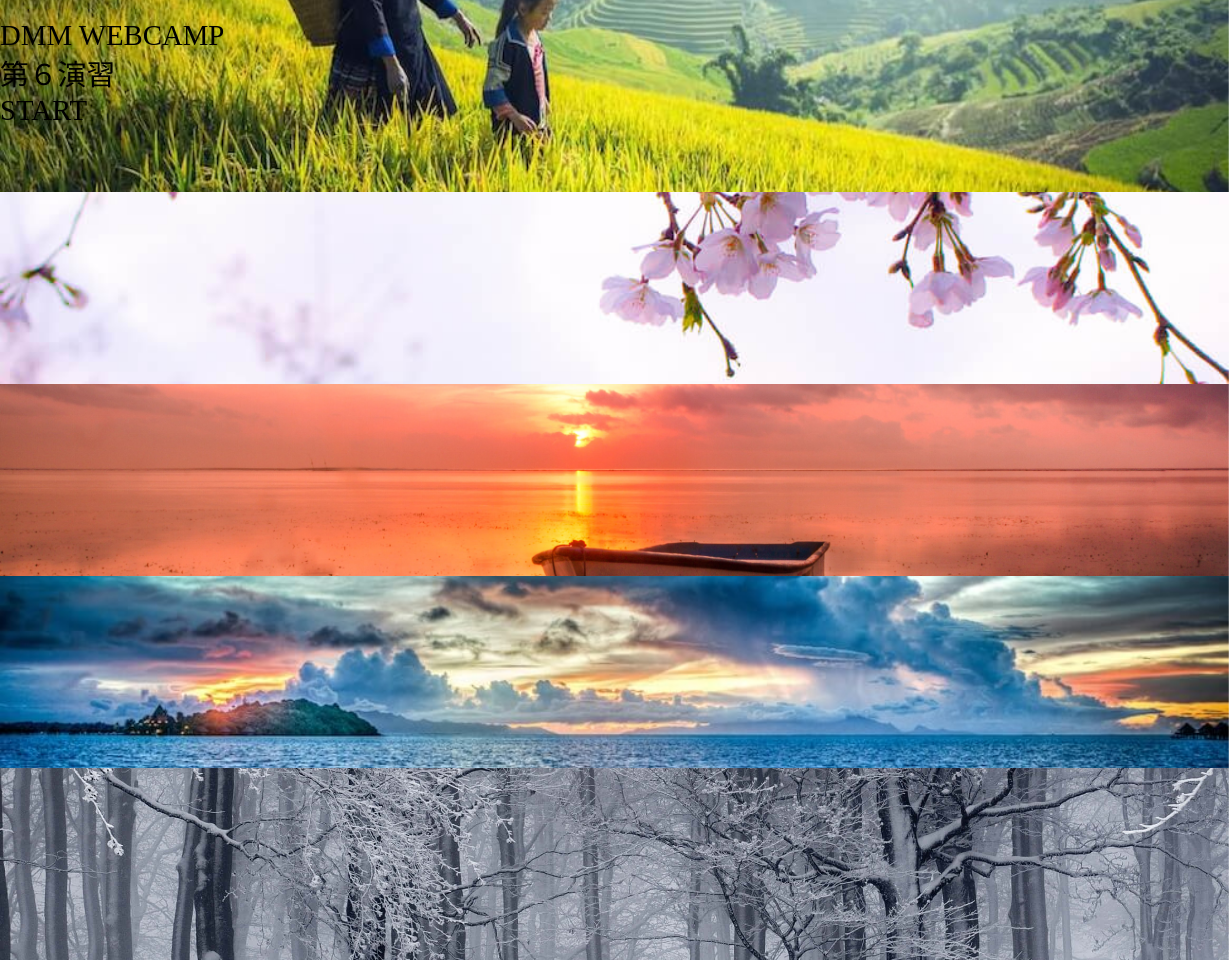
Repository: daisuketoyota/dmmwebxamp-toyota
Page: infratop/index.html
The author's editor kept a record of every edit. The page is drawn from the files as they stood at one moment, then again after the next edit.
The browser window is 1280 px wide. The pictures show the whole page, at 96% of full size.

Above is the page before.

After the next edit:
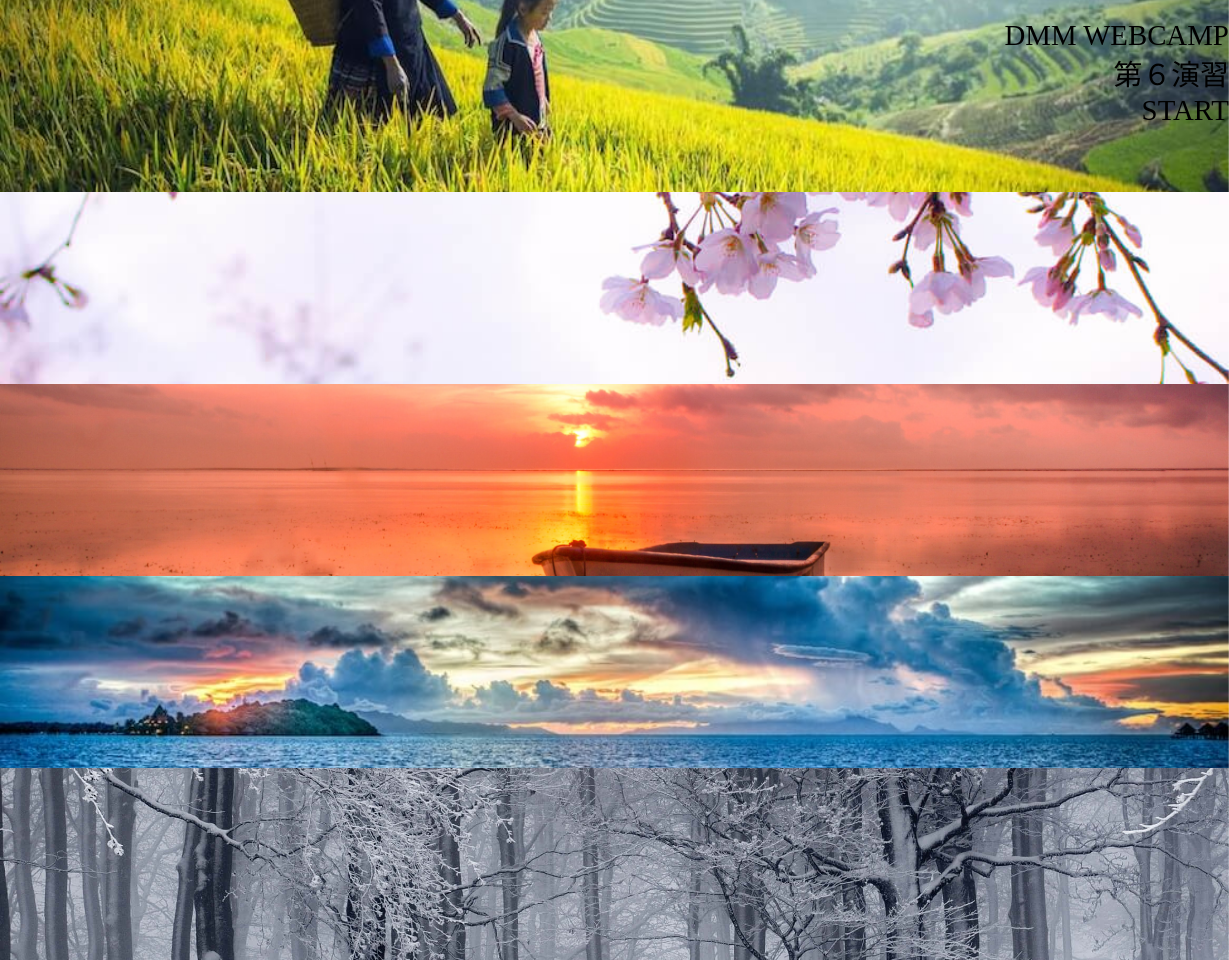
The edit:
--- a/infratop/style.css
+++ b/infratop/style.css
@@ -16,7 +16,7 @@
 
 .dmmtext{
     color: black;
-    text-align: left; /* 文字を中央揃えにする */
+    text-align: right; /* 文字を中央揃えにする */
 }
 
 .asia{
